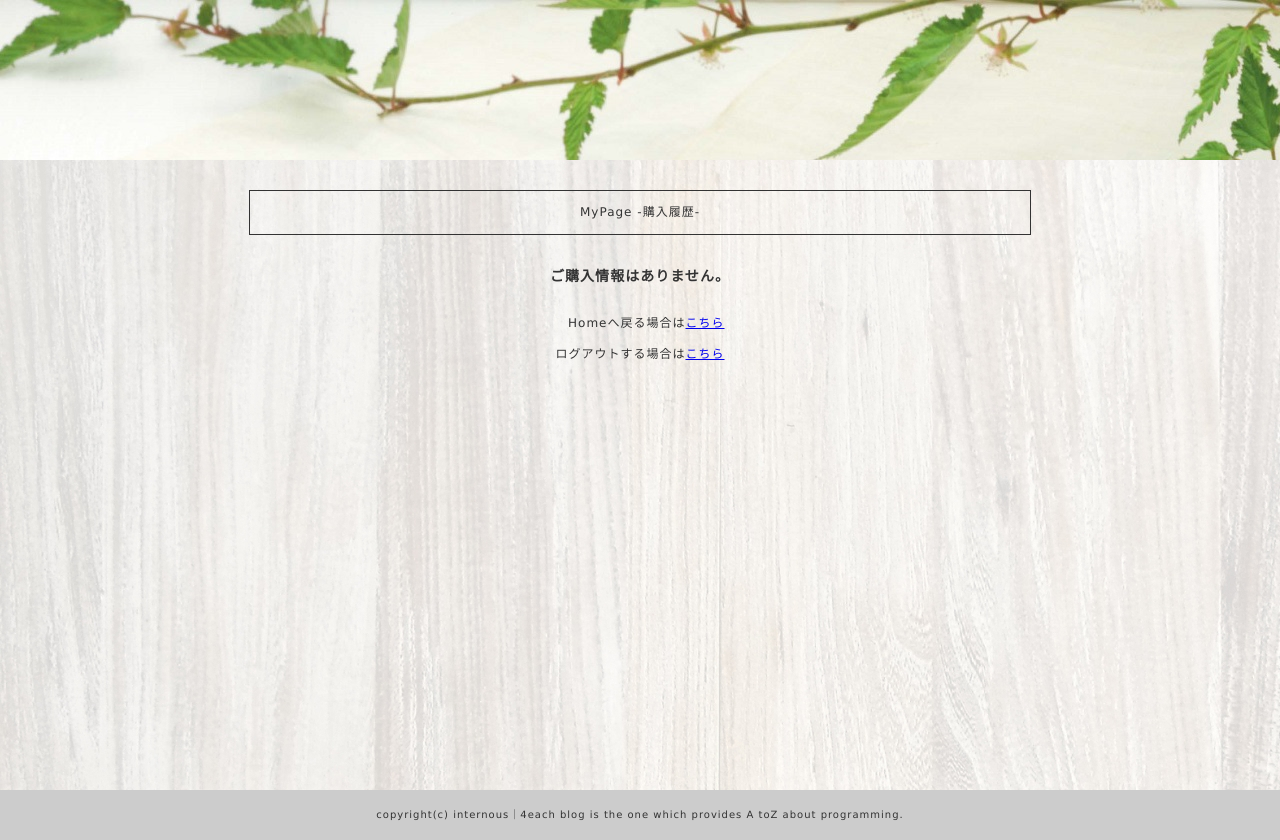
Repository: hiranatsu/ECtest
Page: http://localhost/myecsite01/myPage.jsp
An editor plug-in stored every save of this project. The page is shown before and after the next save, followed by the edit.
The browser window is 1280 px wide. The pictures show the whole page.
The page is served by Tomcat 9.

Above is the page before, as saved 2018-09-20 05:30:55.

After the next save:
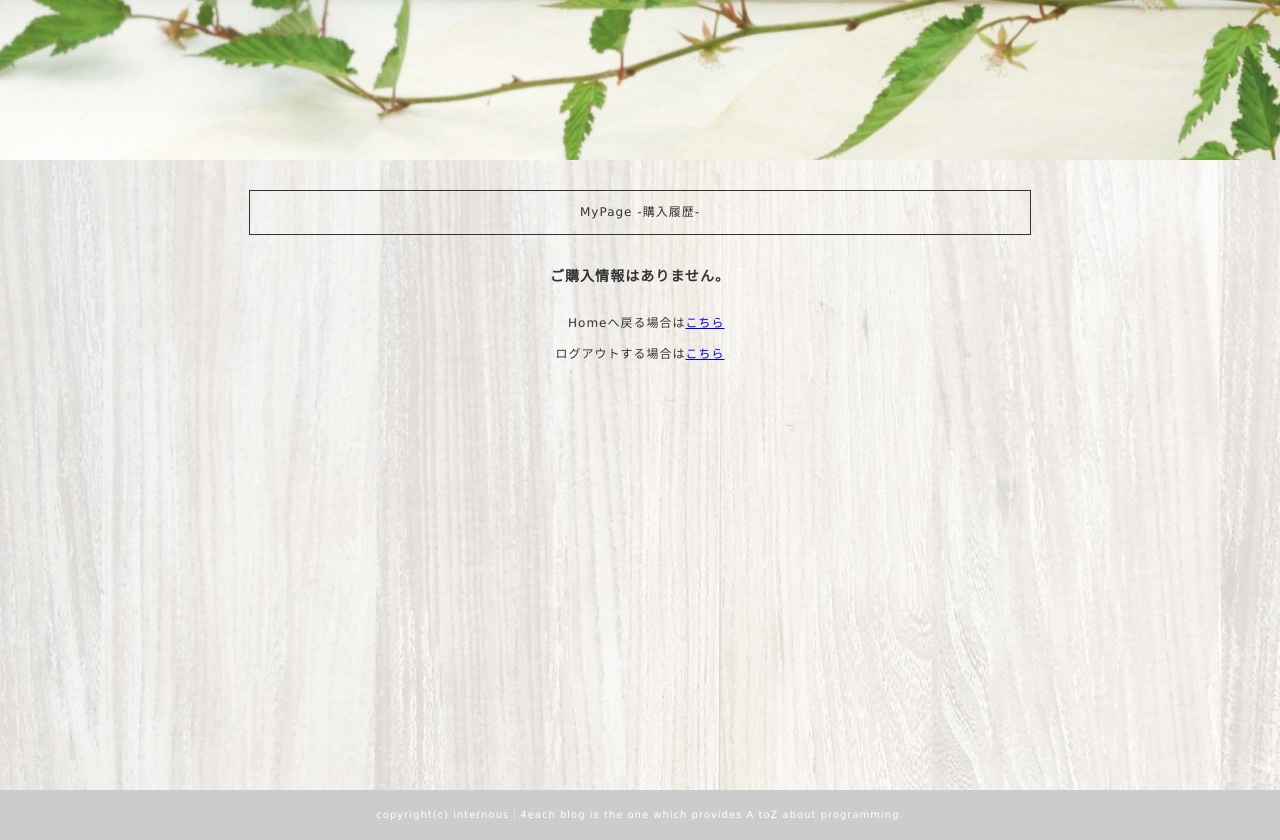
Saved 28 s later.
--- a/myecsite01/WebContent/myPage.jsp
+++ b/myecsite01/WebContent/myPage.jsp
@@ -57,6 +57,7 @@
 	text-align:center;
 	line-height:50px;
 	font-size:10px;
+	color:white;
 	clear:both;
 	}
 
